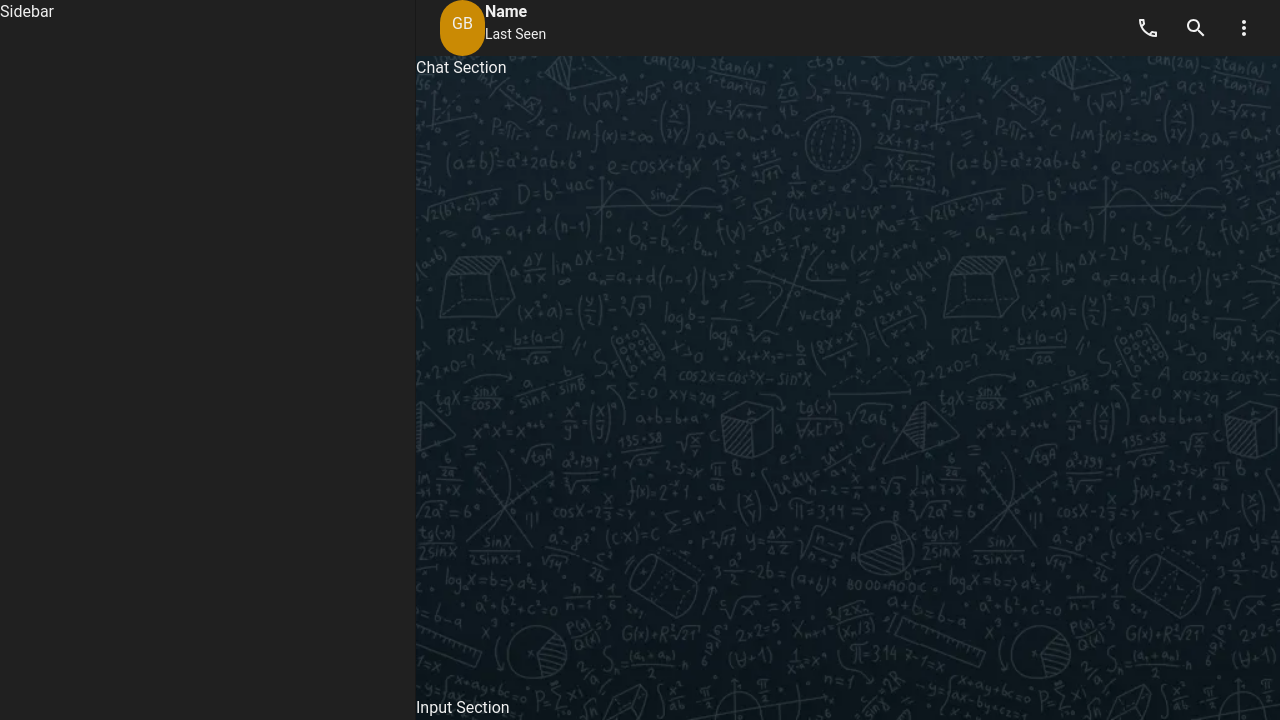
Repository: Qu4ntumGuy/telegram-clone
Page: /
These files come from the project's save history. The page is drawn as it stood at one moment and after the next save; the edit follows.
The browser window is 1280 px wide. The pictures show the whole page.
The project was rebuilt for these pictures with package versions that can differ from the ones it lists, and the page was loaded fresh each time. Also part of the build but not shown: src/Utils/ContextProvider.js, src/Pages/ChatPage.js/ChatPage.js.

Above is the page before, as saved 2024-07-15 12:07:24.

### src/index.css
@tailwind base;
@tailwind components;
@tailwind utilities;

:root {
  font-family: "Roboto", sans-serif;
  color-scheme: light;
  body {
    @apply bg-[#181818] text-[#f0f0f0];
  }
}
/*
:root {
  @apply bg-[#181818];
} */

### src/App.js
import { Routes, BrowserRouter, Route } from "react-router-dom";
import Sidebar from "./Components/Sidebar";
import Home from "./Pages/Home/Home";
import ChatPage from "./Pages/ChatPage.js/ChatPage";

function App() {
  return (
    <div className="flex max-w-[105rem] mx-auto">
      <Sidebar />
      <BrowserRouter>
        <Routes>
          <Route path="/" element={<Home />} />
          <Route path="/k/:id" element={<ChatPage />} />
        </Routes>
      </BrowserRouter>
      {/* <Home /> */}
    </div>
  );
}

export default App;

### src/Components/Sidebar.js
import React from "react";
import { useComponentContext } from "../Utils/ContextProvider";

function Sidebar() {
  const context = useComponentContext();
  return (
    <div className="w-full md:max-w-[26rem] bg-[#202020] border-r border-[#181818] h-screen">
      Sidebar
    </div>
  );
}

export default Sidebar;

### src/Pages/Home/Home.js
import React from "react";
import backgroundImage from "../../Assets/Desktop.webp";
import Topbar from "../../Components/Topbar";

function Home() {
  const image =
    "https://blog.1a23.com/wp-content/uploads/sites/2/2020/02/pattern_02-150x150.png";

  //   const divStyle = {
  //     width: "100%",
  //     height: "100vh", // Adjust the height as needed
  //     backgroundImage: `url(${backgroundImage})`,
  //     backgroundSize: "cover", // Ensures the image covers the entire div
  //     backgroundPosition: "center", // Centers the image
  //   };
  return (
    <div
      className="md:flex flex-col justify-center bg-cover h-screen hidden md:w-full "
      style={{ backgroundImage: `url(${backgroundImage})` }}
    >
      <div className="top-0 mb-auto h-14 bg-[#202020]">
        <Topbar />
      </div>
      <div className="flex flex-col h-full">
        <div className="top-0">Chat Section</div>
        <div className="bottom-0 mt-auto">Input Section</div>
      </div>
    </div>
  );
}

export default Home;

### src/Components/Topbar.js
import React from "react";
import CallOutlinedIcon from "@mui/icons-material/CallOutlined";
import SearchIcon from "@mui/icons-material/Search";
import MoreVertIcon from "@mui/icons-material/MoreVert";

function Topbar() {
  return (
    <div className="flex px-6 h-14">
      <div className="flex-1 flex">
        <div className="bg-yellow-600 p-3 rounded-full">GB</div>
        <div className="flex flex-col">
          <div className="font-semibold">Name</div>
          <div className="text-sm"> Last Seen</div>
        </div>
      </div>
      <div className="flex items-center space-x-6">
        <div>
          <CallOutlinedIcon />
        </div>
        <div>
          <SearchIcon />
        </div>
        <div>
          <MoreVertIcon />
        </div>
      </div>
    </div>
  );
}

export default Topbar;

Loaded but not shown: public/index.html (common file); src/index.js (common file); src/reportWebVitals.js (common file); tailwind.config.js (common file)

After the next save:
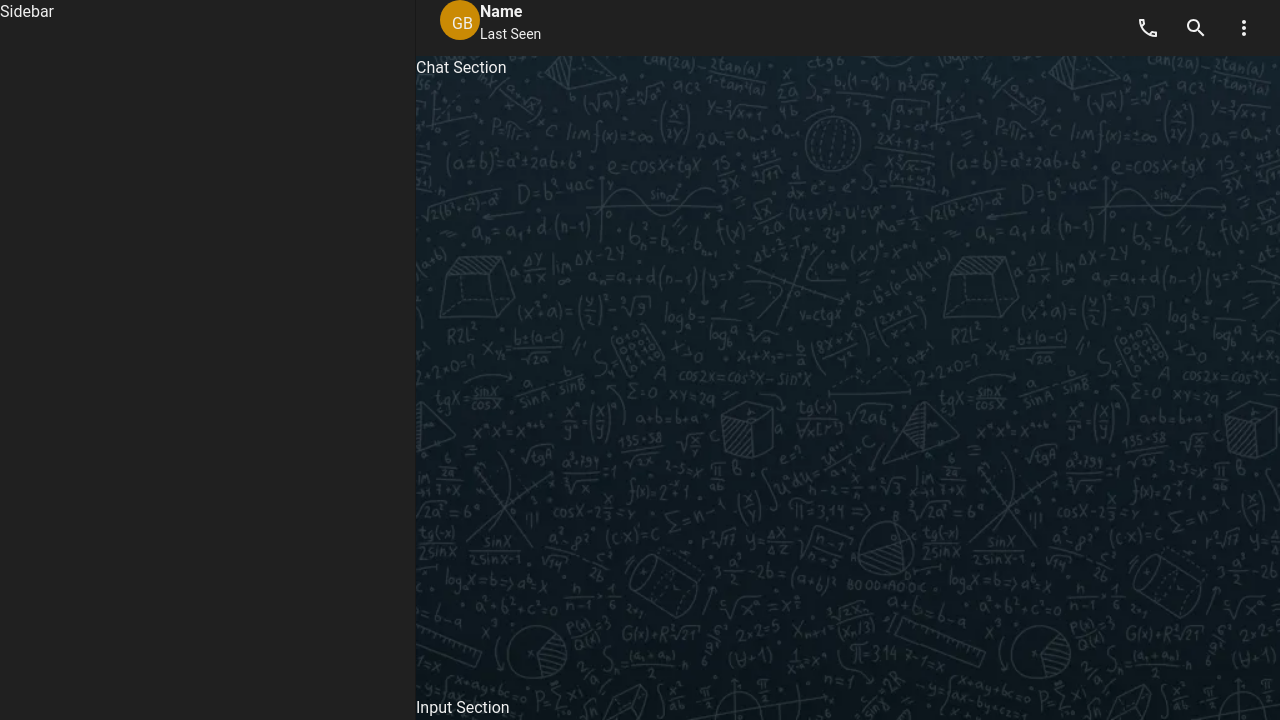
Saved 8 s later.
--- a/src/Components/Topbar.js
+++ b/src/Components/Topbar.js
@@ -7,7 +7,7 @@ function Topbar() {
   return (
     <div className="flex px-6 h-14">
       <div className="flex-1 flex">
-        <div className="bg-yellow-600 p-3 rounded-full">GB</div>
+        <div className="bg-yellow-600 p-3 rounded-full h-10 w-10">GB</div>
         <div className="flex flex-col">
           <div className="font-semibold">Name</div>
           <div className="text-sm"> Last Seen</div>
